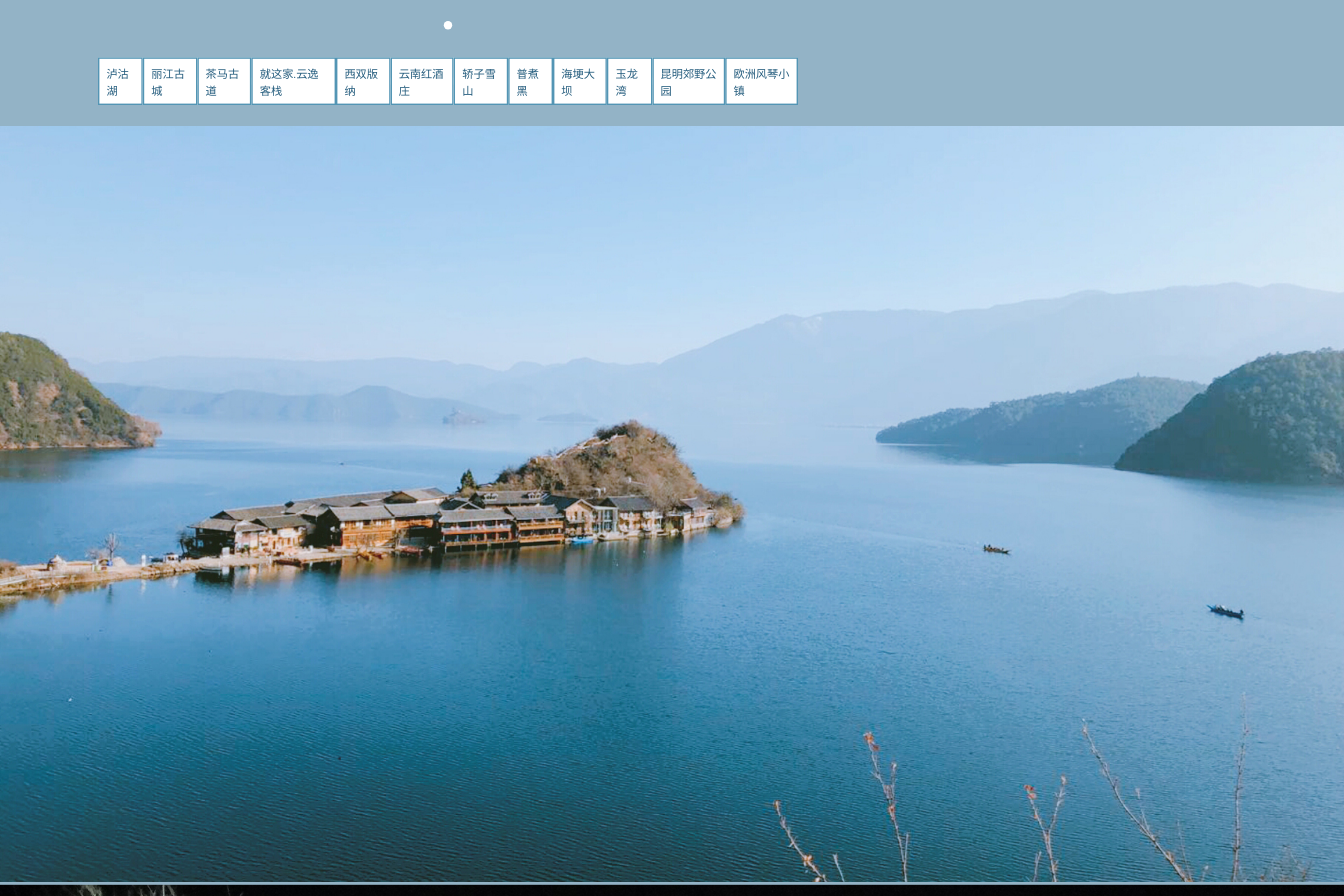
Repository: zhenzhen-gong/-jQuerydemo
Page: index.html
These files come from the project's save history. The page is drawn as it stood at one moment and after the next save; the edit follows.
The browser window is 1280 px wide. The page is 1920 px wide, so the pictures cover 1920 px, including what lies to the right of the window. The pictures show the part of the page from y = 0 to 1280 px (the page is 13188 px tall before and 13158 px after), at 70% of full size.

Above is the page before, as saved 2020-06-05 11:35:34.

After the next save:
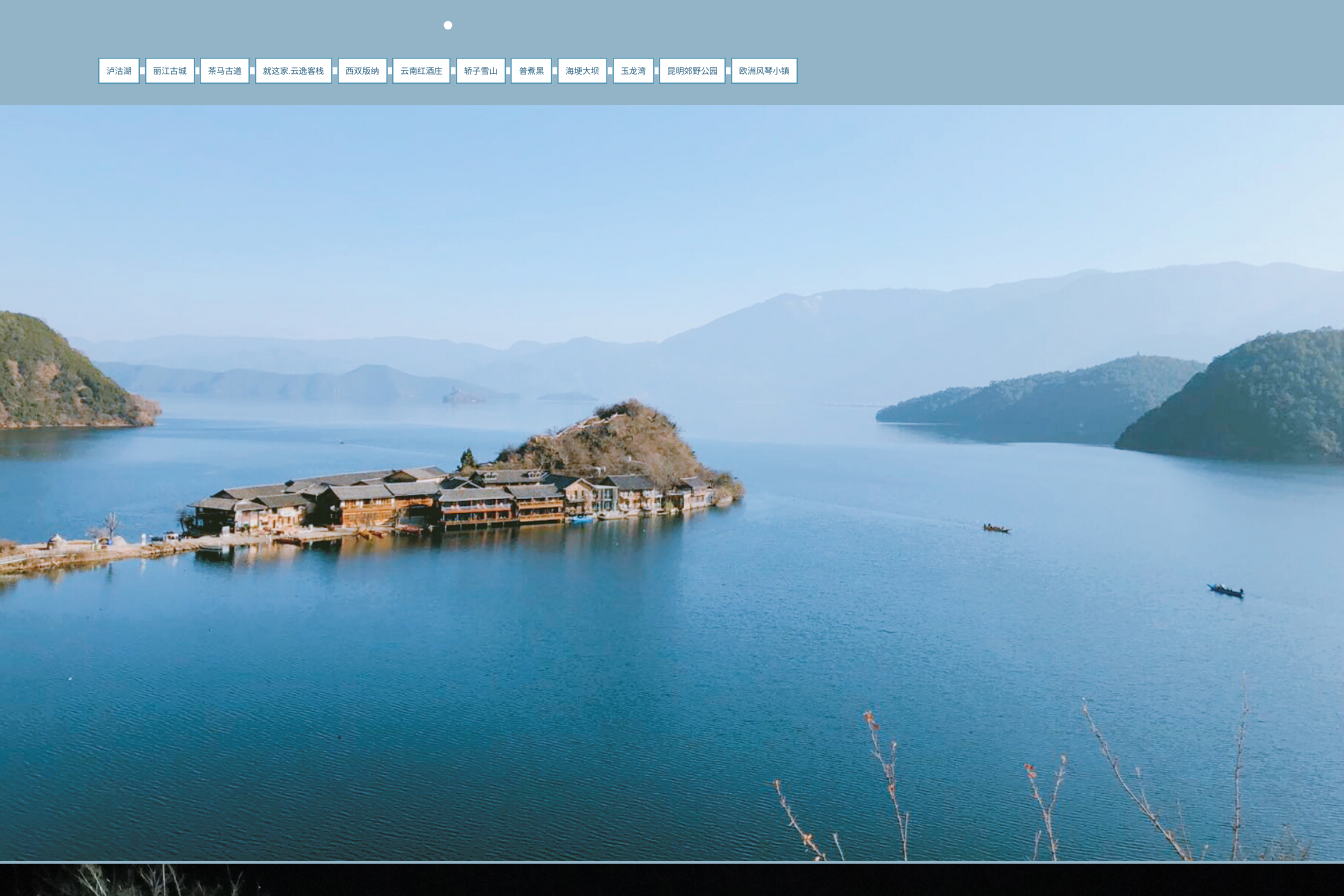
Saved 62 s later.
--- a/style.css
+++ b/style.css
@@ -36,4 +36,5 @@ nav a{
     color: #255d7e;
     border: 2px solid #5395b4;
     padding: 8px 10px;
+    font-size: 12px;
 }
